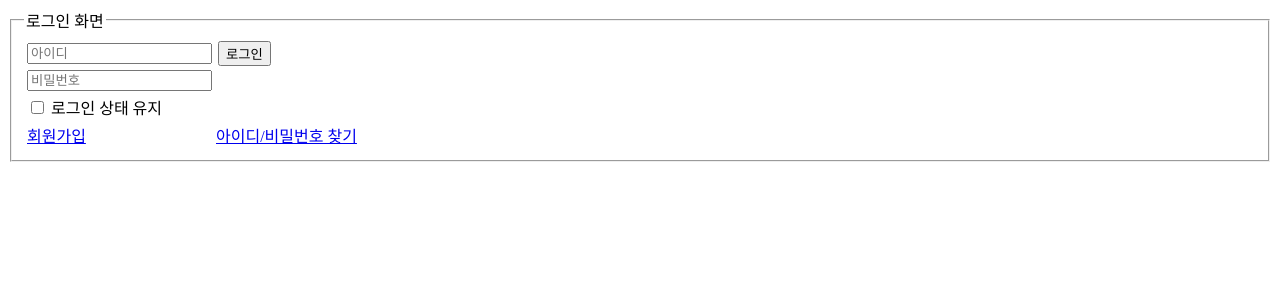
Repository: Scoobi-wisdoom/web
Page: d011/web/index.html
These files come from the project's save history. The page is drawn as it stood at one moment and after the next save; the edit follows.
The browser window is 1280 px wide. The pictures show the whole page.

Above is the page before, as saved 2020-08-05 08:01:38.

After the next save:
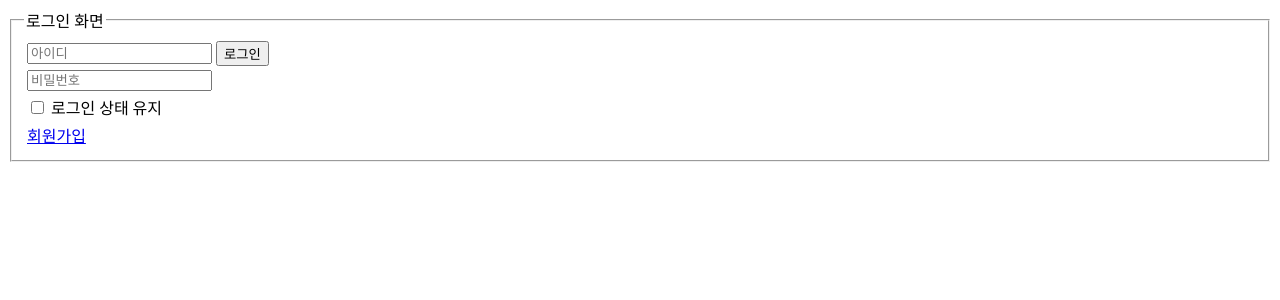
Saved 80 s later.
--- a/d011/web/index.html
+++ b/d011/web/index.html
@@ -31,10 +31,8 @@
 			</tr>
 			<tr>
 				<td>
-					<a href="/register">회원가입</a>
-				</td>
-				<td colspan="2">
-					<a href="#">아이디/비밀번호 찾기</a>
+					<a href="/register.html">회원가입</a>
+					<a href="
 				</td>
 			</tr>
 		</tbody>
